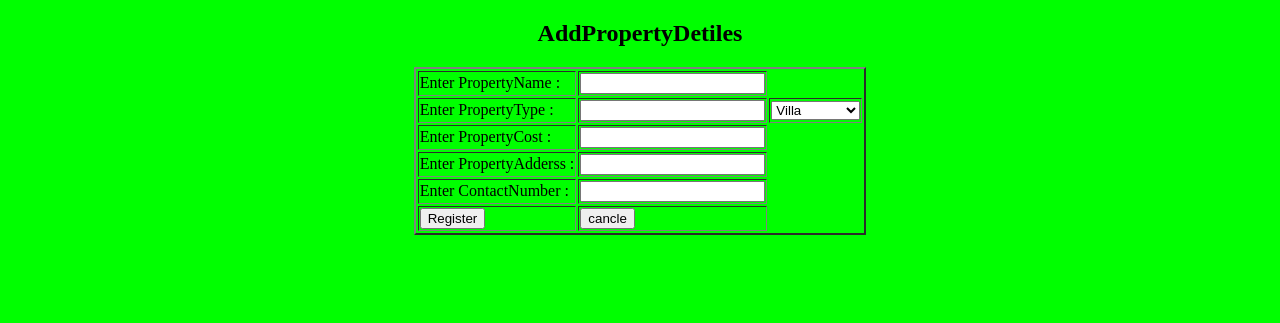
Repository: khadri2021/A2023_Task_Property_Management
Page: http://localhost/AdderssMakersWeb/Add.jsp
These files come from the project's save history. The page is drawn as it stood at one moment and after the next save; the edit follows.
The browser window is 1280 px wide. The pictures show the whole page.
The page is served by Tomcat 9.

Above is the page before, as saved 2024-02-11 11:41:30.

After the next save:
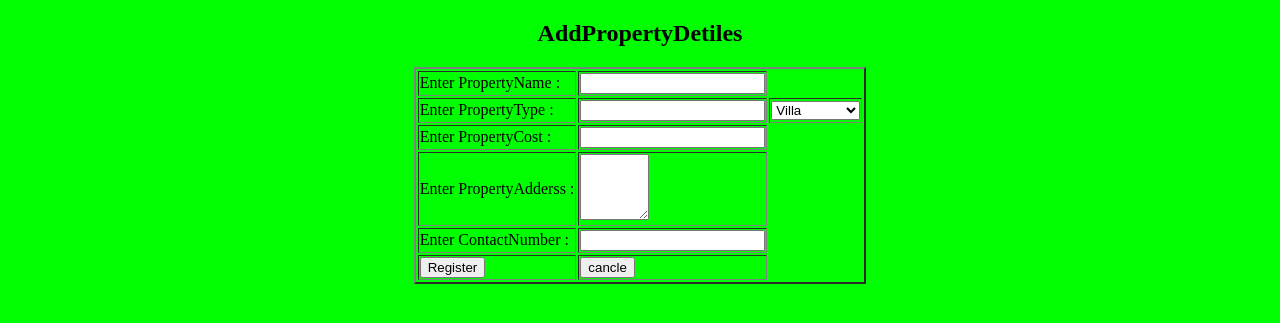
Saved 4 min 6 s later.
--- a/AdderssMakersWeb/WebContent/Add.jsp
+++ b/AdderssMakersWeb/WebContent/Add.jsp
@@ -46,7 +46,7 @@
 </tr>
 <tr>
 <td>Enter PropertyAdderss :</td>
-<td><input type="text" name="ProAdd"></td>
+<td><textarea rows="4" cols="6"></textarea></td>
 </tr>
 <tr>
 <td>Enter ContactNumber :</td>
